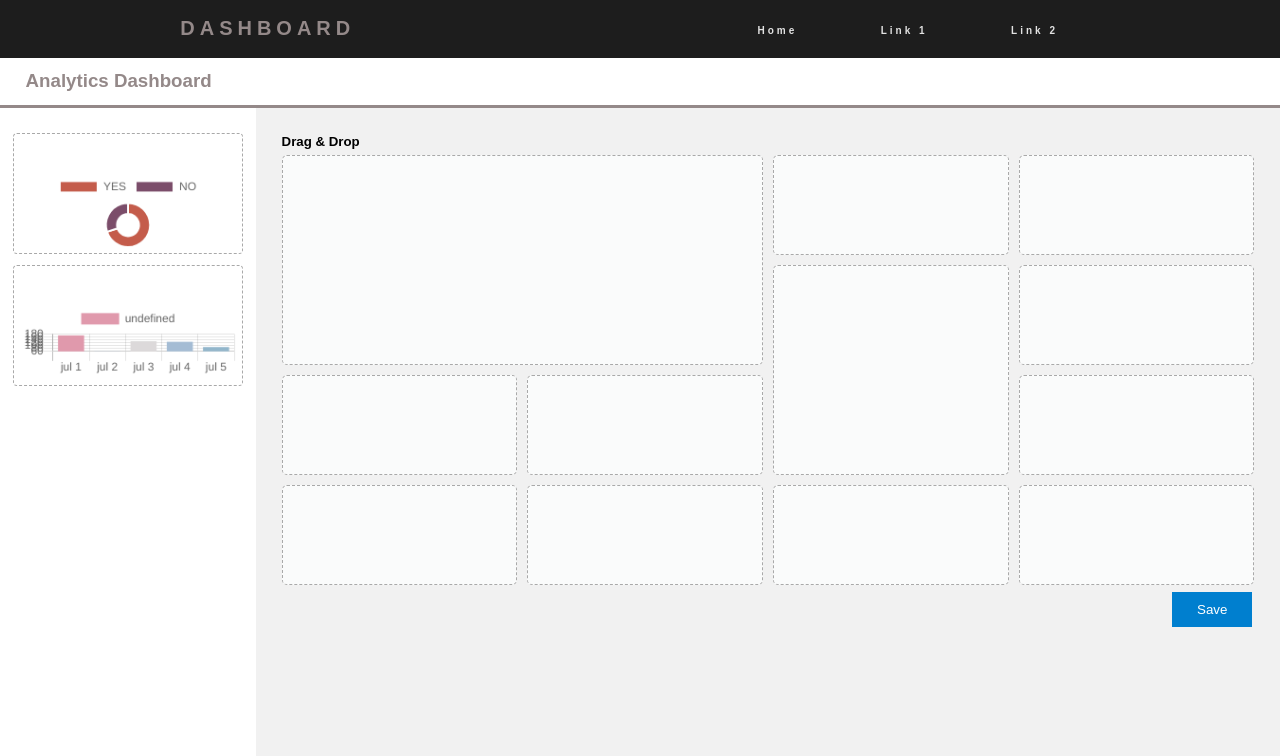
Repository: nourabdelhakam/drag-drop
Page: index.html
These files come from the project's save history. The page is drawn as it stood at one moment and after the next save; the edit follows.
The browser window is 1280 px wide. The pictures show the whole page.
Some web libraries are served in a nearby version.

Above is the page before, as saved 2020-07-05 19:47:09.

After the next save:
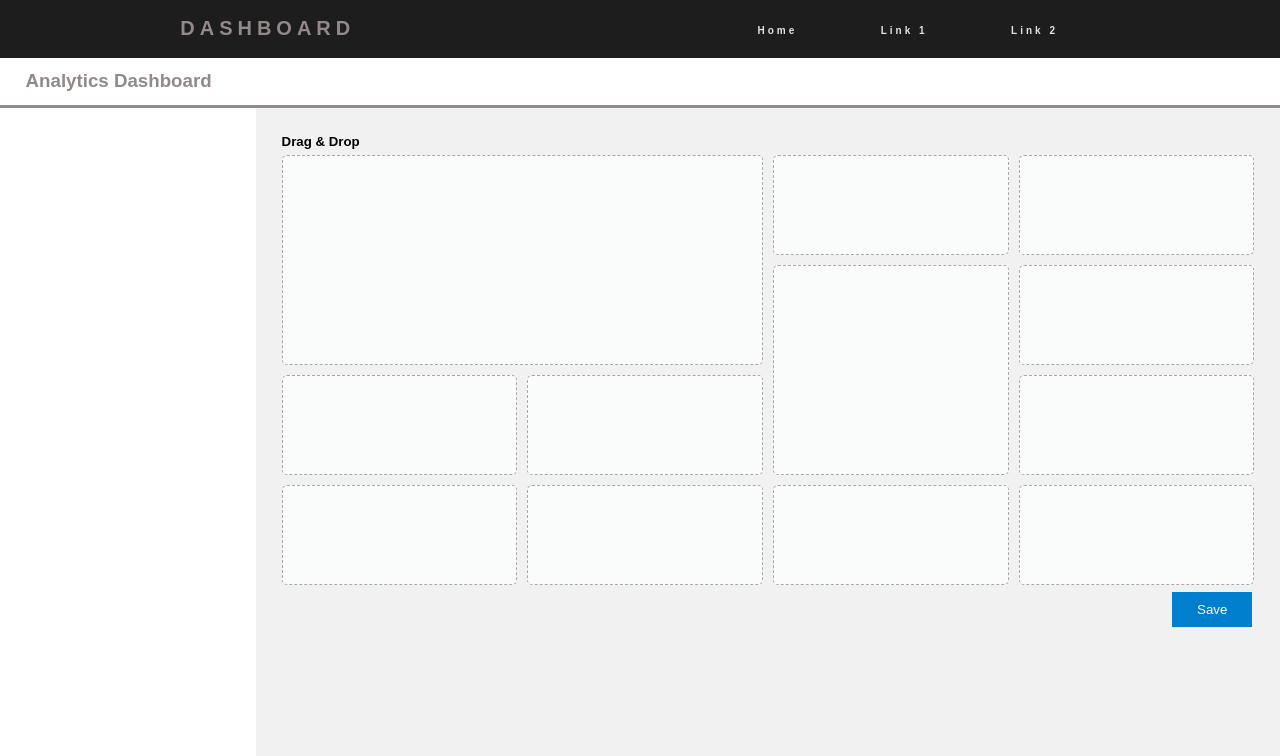
Console error: SyntaxError: Unexpected string
Saved 7 s later.
--- a/chart.js
+++ b/chart.js
@@ -1,4 +1,4 @@
-function draw(pos, chart) {
+function draw('chartList', chart) {
   var el = document.getElementById(pos);
   console.log(pos);
 

After the save that followed:
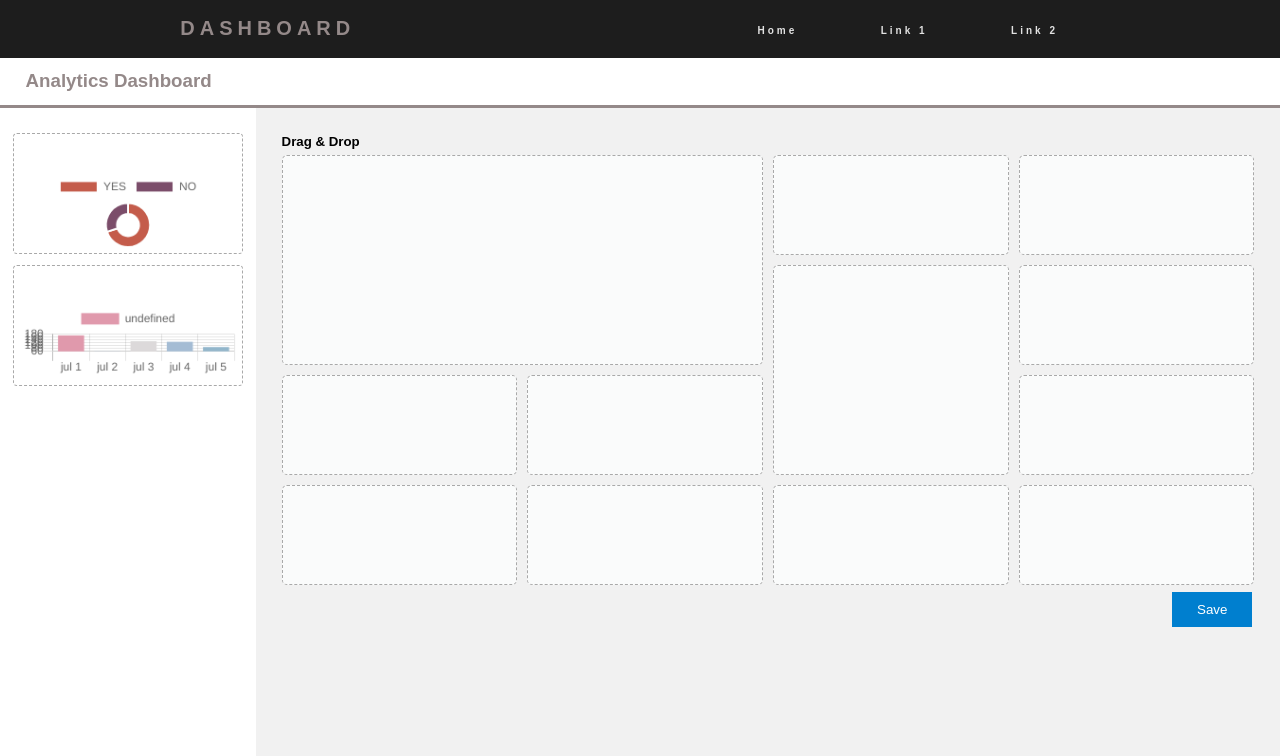
The error is gone.
Saved 14 s later.
--- a/chart.js
+++ b/chart.js
@@ -1,4 +1,4 @@
-function draw('chartList', chart) {
+function draw(pos, chart) {
   var el = document.getElementById(pos);
   console.log(pos);
 
